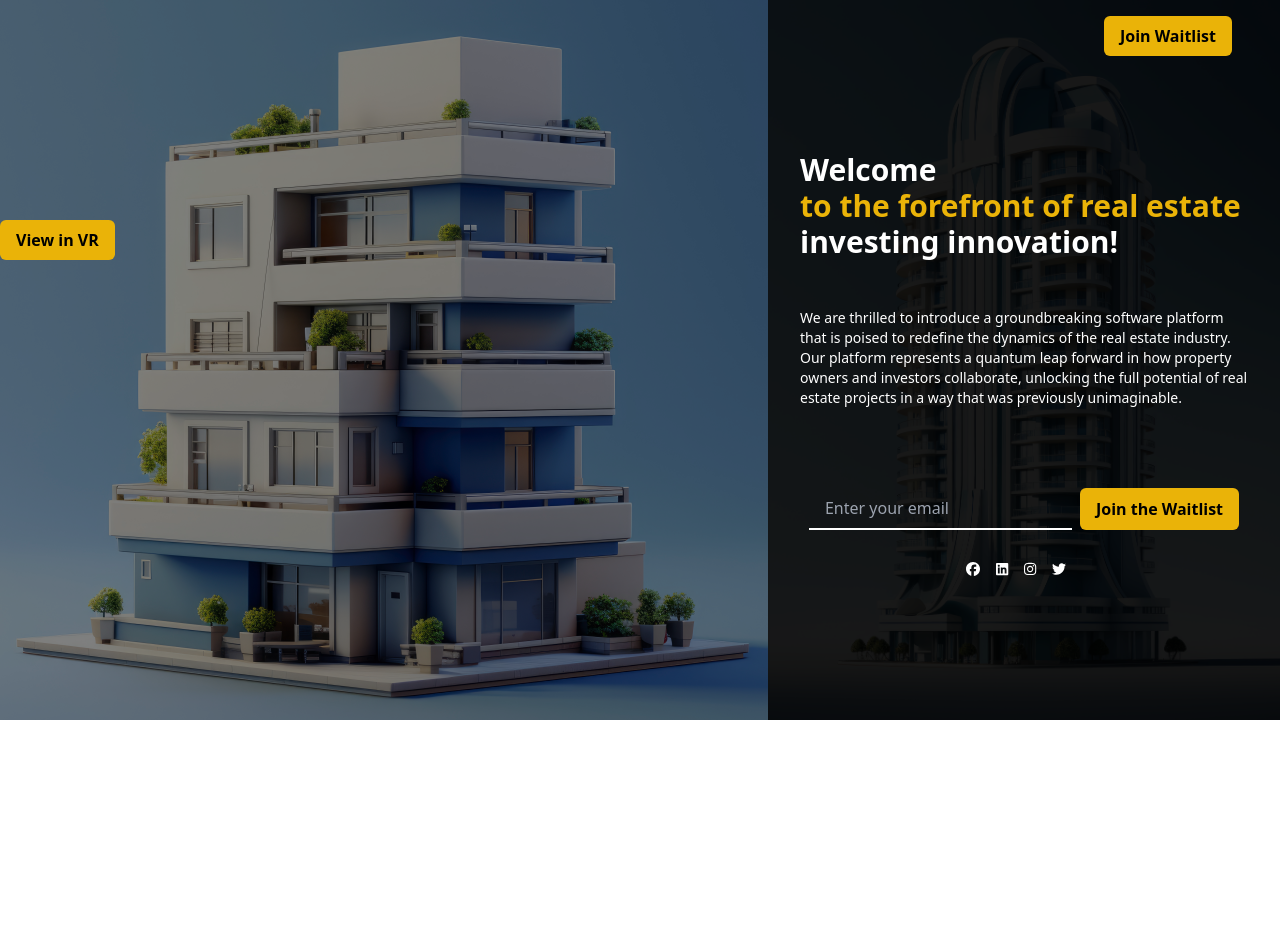
Repository: brytemenz/investnest-landing
Page: /
An editor plug-in stored every save of this project. The page is shown before and after the next save, followed by the edit.
The browser window is 1280 px wide. The pictures show the whole page.
The project was rebuilt for these pictures with package versions that can differ from the ones it lists, and the page was loaded fresh each time. Also part of the build but not shown: vite.config.js, src/components/ThreeDImage.jsx.

Above is the page before, as saved 2024-05-29 12:36:01.

After the next save:
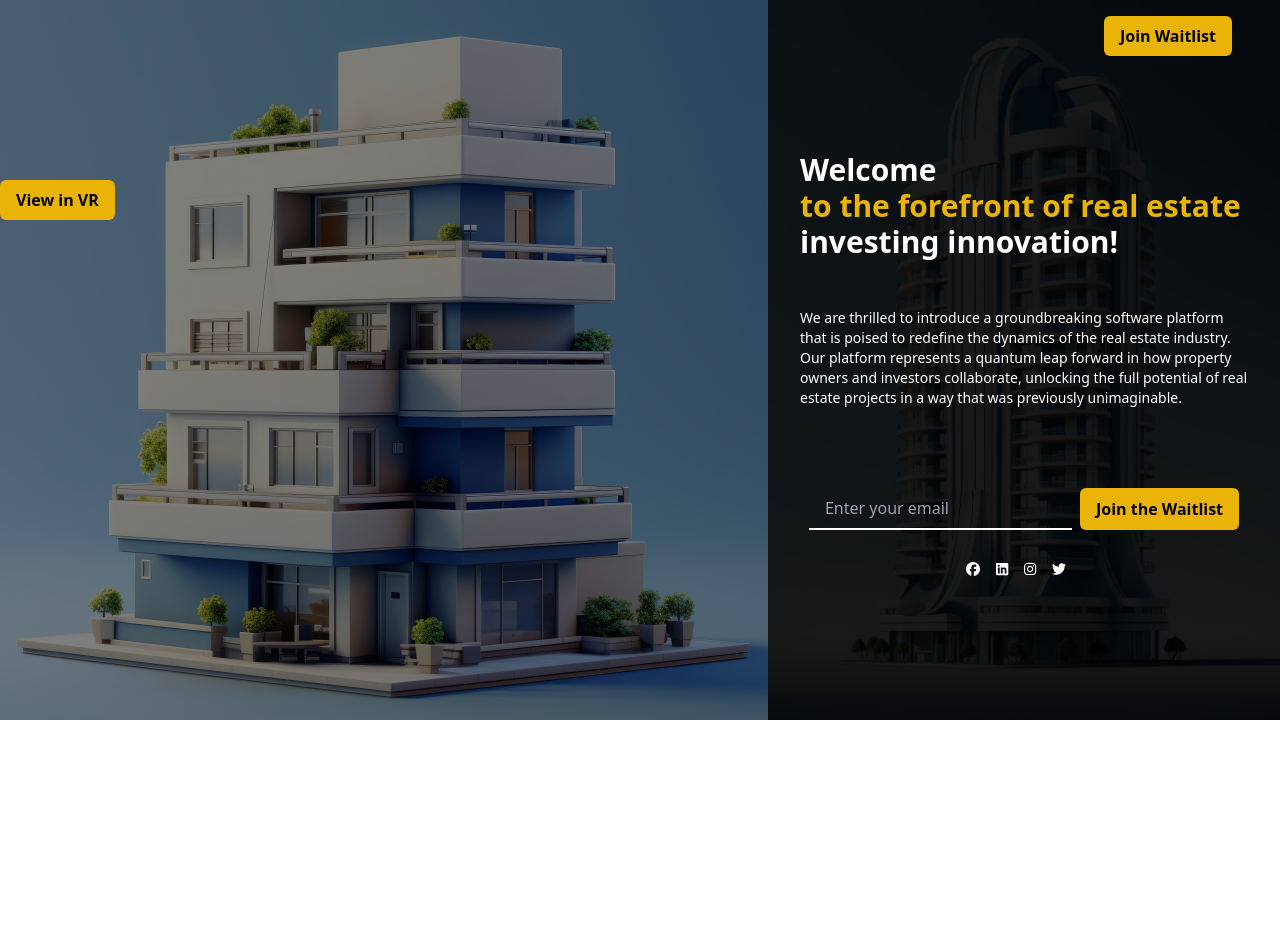
Saved 8 s later.
--- a/src/pages/landingPage.jsx
+++ b/src/pages/landingPage.jsx
@@ -46,7 +46,7 @@ const LandingPage = () => {
                     </button> */}
                     <button
                       onClick={() => handleView3DModel('vr')}
-                      className="bg-yellow-500 text-black px-4 py-2 rounded-md font-bold mb-80 mt-20 mr-4 self-start"
+                      className="bg-yellow-500 text-black px-4 py-2 rounded-md font-bold mb-80  mr-4 self-start"
                     >
                       View in VR
                     </button>
